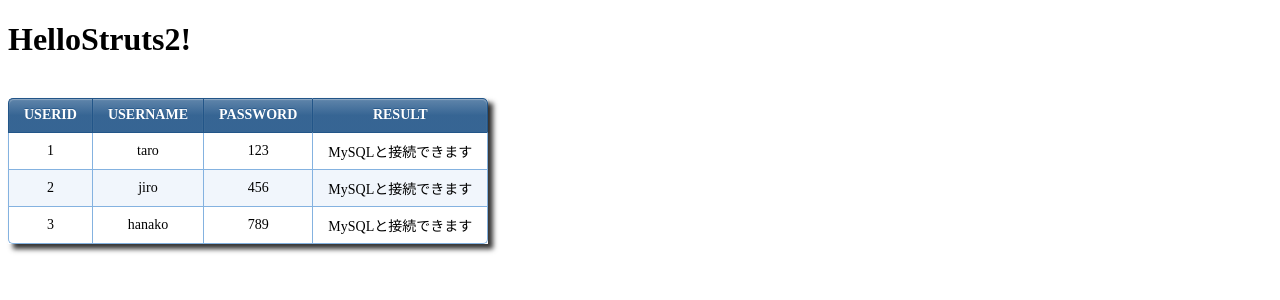
Repository: Numanaka/test
Page: http://localhost/WebProj5/HelloStrutsAction.action
An editor plug-in stored every save of this project. The page is shown before and after the next save, followed by the edit.
The browser window is 1280 px wide. The pictures show the whole page.
The page is served by Tomcat 9. The database holds what the project's SQL file puts in it.

Above is the page before, as saved 2019-07-02 07:52:14.

After the next save:
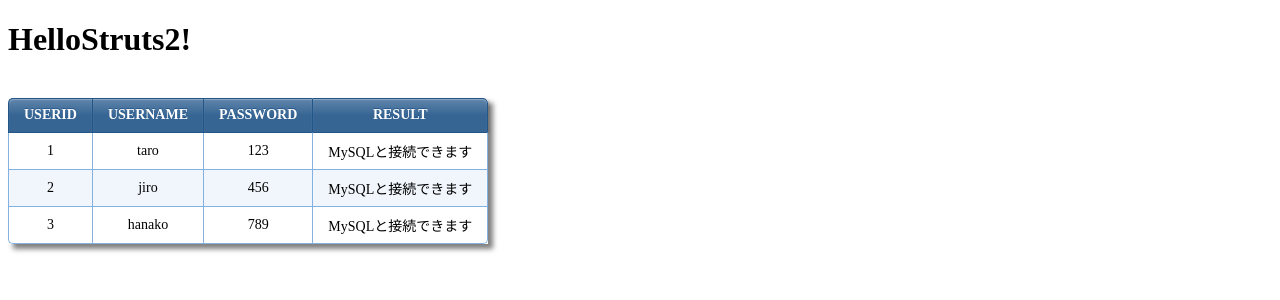
Saved 6 s later.
--- a/WebProj5/WebContent/css/style.css
+++ b/WebProj5/WebContent/css/style.css
@@ -69,5 +69,5 @@ table tr:hover{
 }
 
 table{
-	box-shadow: 5px 5px 5px rgba(0,0,0,0.8);
+	box-shadow: 5px 5px 5px rgba(0,0,0,0.5);
 }
